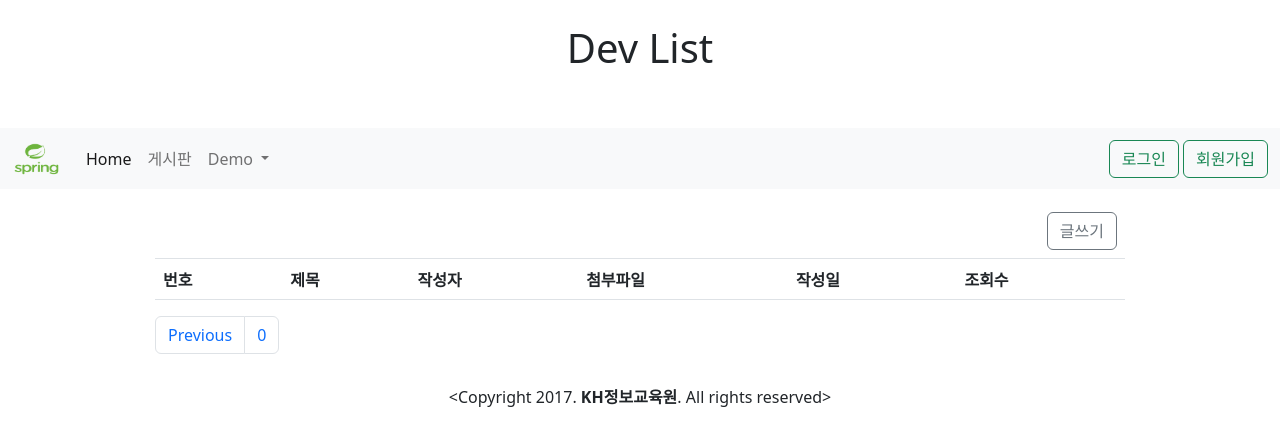
Repository: yerimeee/06_springWork
Page: http://localhost/springProject/WEB-INF/views/board/boardList.jsp
The author's editor kept a copy of each file at every save. The page is drawn from the files as they stood at one save, then again after the next save.
The browser window is 1280 px wide. The pictures show the whole page.
The page is served by Tomcat 9. Nobody is signed in. Other server files are loaded and not shown. The template is opened directly, without the code that normally fills it, so the values that code supplies are empty.

Above is the page before, as saved 2023-06-19 05:46:41.

### springProject/src/main/webapp/WEB-INF/views/board/boardList.jsp
<%@ page language="java" contentType="text/html; charset=UTF-8"
    pageEncoding="UTF-8"%>
<%@ taglib prefix="c" uri="http://java.sun.com/jsp/jstl/core" %>
<%@ taglib prefix="fmt" uri="http://java.sun.com/jsp/jstl/fmt" %>
<%@ taglib prefix="fn" uri="http://java.sun.com/jsp/jstl/functions" %>
<style>
	#container {
	width:1000px;
	margin:auto;
	padding:15px;
	}
</style>
<jsp:include page="/WEB-INF/views/common/header.jsp">
	<jsp:param value="Dev List" name="title"/>
</jsp:include>
<div id="container">
<table class="table">
	<tr>
		<td colspan="6" align="right">
			<button type="button" class="btn btn-outline-secondary" id="enrollBtn">글쓰기</button>
		</td>
	</tr>
	<tr>
		<th scope="col">번호</th>
		<th scope="col">제목</th>
		<th scope="col">작성자</th>
		<th scope="col">첨부파일</th>
		<th scope="col">작성일</th>
		<th scope="col">조회수</th>
	</tr>
	<c:forEach items="${boardList }" var="board">
		<tr>
			<td>${board.boardNo }</td>
			<td>${board.boardTitle }</td>
			<td>${board.boardWriter }</td>

			<td> <!-- 파일이 존재해야 보여주는 조건(아니면 없더라도 공란 이미지가 보여짐) -->
				<c:if test="${not empty board.originalFilename }">
				<img src="${pageContext.request.contextPath}/resources/img/file_img.png" alt="파일" width="20px">
				</c:if>
			</td>

			<td>${board.createDate }</td>
			<td>${board.count }</td>
		</tr>
	</c:forEach>
</table>

<nav aria-label="...">
  <ul class="pagination">
  	<c:if test="${pi.nowPage ne 1 }">
	    <li class="page-item">
	      <a class="page-link" href="${pageContext.request.contextPath }/board/boardList.bo?nowPage=${pi.nowPage-1}" >Previous</a>
	    </li>
    </c:if>
    <c:forEach var="p" begin="${pi.startPage }" end="${pi.endPage }">
       <c:choose>
       	<c:when test="${p eq pi.nowPage }">
		    <li class="page-item active"><a class="page-link"
		    	href="${pageContext.request.contextPath }/board/boardList.bo?nowPage=${p}">${p }</a></li>
       	</c:when>
       	<c:otherwise>
		    <li class="page-item"><a class="page-link"
		    	href="${pageContext.request.contextPath }/board/boardList.bo?nowPage=${p}">${p }</a></li>
       	</c:otherwise>
       </c:choose>
    </c:forEach>
    <c:if test="${pi.nowPage ne pi.totalPage}">
    	<li class="page-item">
      		<a class="page-link" href="${pageContext.request.contextPath }/board/boardList.bo?nowPage=${pi.nowPage+1}">Next</a>
    	</li>
    </c:if>
  </ul>
</nav>
</div>
<script>
	document.querySelector("#enrollBtn").addEventListener('click',(e) => {
		location.href='${pageContext.request.contextPath}/board/boardForm.bo';
	});
</script>
<jsp:include page="/WEB-INF/views/common/footer.jsp" />

### springProject/src/main/webapp/WEB-INF/views/common/header.jsp
<%@ page language="java" contentType="text/html; charset=UTF-8"
    pageEncoding="UTF-8"%>
<%@ taglib prefix="c" uri="http://java.sun.com/jsp/jstl/core" %>
<%@ taglib prefix="fmt" uri="http://java.sun.com/jsp/jstl/fmt" %>
<%@ taglib prefix="fn" uri="http://java.sun.com/jsp/jstl/functions" %>
<!DOCTYPE html>
<html>
<head>
<meta charset="UTF-8">

<title>${param.title }</title> <!-- input form은 request. 으로 받고 param으로 들어온 건 param으로 받음 -->

<script src="https://ajax.googleapis.com/ajax/libs/jquery/3.6.3/jquery.min.js"></script>
<link href="https://cdn.jsdelivr.net/npm/bootstrap@5.2.3/dist/css/bootstrap.min.css" rel="stylesheet" integrity="sha384-rbsA2VBKQhggwzxH7pPCaAqO46MgnOM80zW1RWuH61DGLwZJEdK2Kadq2F9CUG65" crossorigin="anonymous">
<link rel="stylesheet" href="${pageContext.request.contextPath}/resources/css/style.css">

<!-- DB에 저장이 잘 되었다면 alert창 띄우기 -->
<c:if test="${not empty msg }">
	<script type="text/javascript">
		alert('${msg}');
	</script>
</c:if>

</head>
<body>
	<script src="https://cdn.jsdelivr.net/npm/bootstrap@5.2.3/dist/js/bootstrap.bundle.min.js" integrity="sha384-kenU1KFdBIe4zVF0s0G1M5b4hcpxyD9F7jL+jjXkk+Q2h455rYXK/7HAuoJl+0I4" crossorigin="anonymous"></script>

	<header>
		<br>
		<h1 align="center">${param.title }</h1>
		<br><br>
		<nav class="navbar navbar-expand-lg bg-light">
		  <div class="container-fluid">
		    <a class="navbar-brand" href="#">
		    	<img src="${pageContext.request.contextPath}/resources/img/spring.png" alt="spring" width="50" height="35">
		    </a>
		    <button class="navbar-toggler" type="button" data-bs-toggle="collapse" data-bs-target="#navbarSupportedContent" aria-controls="navbarSupportedContent" aria-expanded="false" aria-label="Toggle navigation">
		      <span class="navbar-toggler-icon"></span>
		    </button>
		    <div class="collapse navbar-collapse" id="navbarSupportedContent">
		      <ul class="navbar-nav me-auto mb-2 mb-lg-0">
		        <li class="nav-item">
		          <a class="nav-link active" aria-current="page" href="${pageContext.request.contextPath }">Home</a>
		        </li>
		        <li class="nav-item">
		          <a class="nav-link" href="${pageContext.request.contextPath }/board/boardList.bo">게시판</a>
		        </li>
		        <li class="nav-item dropdown">
		          <a class="nav-link dropdown-toggle" href="#" role="button" data-bs-toggle="dropdown" aria-expanded="false">
		            Demo
		          </a>
		          <ul class="dropdown-menu">
		            <li><a class="dropdown-item" href="${pageContext.request.contextPath}/demo/devForm.do">Demo등록</a></li>
		            <li><a class="dropdown-item" href="${pageContext.request.contextPath}/demo/devList.do">Demo목록</a></li>
		          </ul>
		        </li>
		      </ul>
		      <%-- <button class="btn btn-outline-success" type="button" onclick="location.href='${pageContext.request.contextPath}/member/memberLogin.me'">로그인</button>&nbsp;--%>
		      																						<!-- 경로 이렇게 설정하면 get방식이 됨 -->

		    <!-- 로그인이 되어있지 않으면 로그인창 -->
		      <c:if test="${empty loginMember }">
		      	<button class="btn btn-outline-success" type="button"
		      		data-bs-toggle="modal" data-bs-target="#loginModal">로그인</button>&nbsp;
		      	<!-- 토글은 한 번 눌렀으면 보여지고 다시 누르면 안 보이는 기능인데 모달 창에서 버튼을 누르면 다른 모달창으로 넘어갈 수 있게 구현한 것임 -->
		      	<button class="btn btn-outline-success" type="button"
		      		onclick="location.href='${pageContext.request.contextPath}/member/memberEnroll.me'">회원가입</button>
		      	<!-- onclikc locatio.href으로 했으니 get방식이 됨 -->
		      </c:if>

		      <!-- 로그인이 되었으면 -->
		      <c:if test="${not empty loginMember }">
		      	<a href="${pageContext.request.contextPath }/member/memberDetail.me">${loginMember.userName }님 로그인 되었습니다</a>&emsp;
		      	<button class="btn btn-outline-success" type="button"
		      		onclick="location.href='${pageContext.request.contextPath}/member/memberLogout.me'">로그아웃</button>
		      </c:if>
		    </div>
		  </div>
		</nav>

		<!-- 로그인 모달창 -->
		<div class="modal" tabindex="-1" id="loginModal">
		  <div class="modal-dialog">
		    <div class="modal-content">
		      <div class="modal-header">
		        <h5 class="modal-title">로그인</h5>
		        <button type="button" class="btn-close" data-bs-dismiss="modal" aria-label="Close"></button>
		      </div>

		      <form action="${pageContext.request.contextPath }/member/memberLogin.me" method="post">
			      <div class="modal-body">
					<div class="mb-3 row">
						<label for="name" class="col-sm-2 col-form-label">ID</label>
						<div class="col-sm-10">
							<input type="text" class="form-control" name="userId" required>
						</div>
					</div>
						<div class="mb-3 row">
							<label for="career" class="col-sm-2 col-form-label">PW</label>
							<div class="col-sm-10">
								<input type="password" class="form-control" name="userPwd" required>
							</div>
						</div>
			      </div>

		      <div class="modal-footer">
		        <button type="button" class="btn btn-secondary" data-bs-dismiss="modal">닫기</button>
		        <button type="submit" class="btn btn-primary" data-bs-dismiss="modal">로그인</button>
		      </div>
		      </form>
		    </div>
		  </div>
		</div>
	</header>
	<section>

</body>
</html>

### springProject/src/main/webapp/WEB-INF/views/common/footer.jsp
<%@ page language="java" contentType="text/html; charset=UTF-8"
    pageEncoding="UTF-8"%>

	</section>
	<footer>
		<p>&lt;Copyright 2017. <strong>KH정보교육원</strong>. All rights reserved&gt;</p>
	</footer>

	</body>
</html>

### springProject/src/main/webapp/resources/css/style.css
@charset "UTF-8";

h1 {text-align:center;}
section {text-align:center;}
footer {text-align:center;}

After the next save:
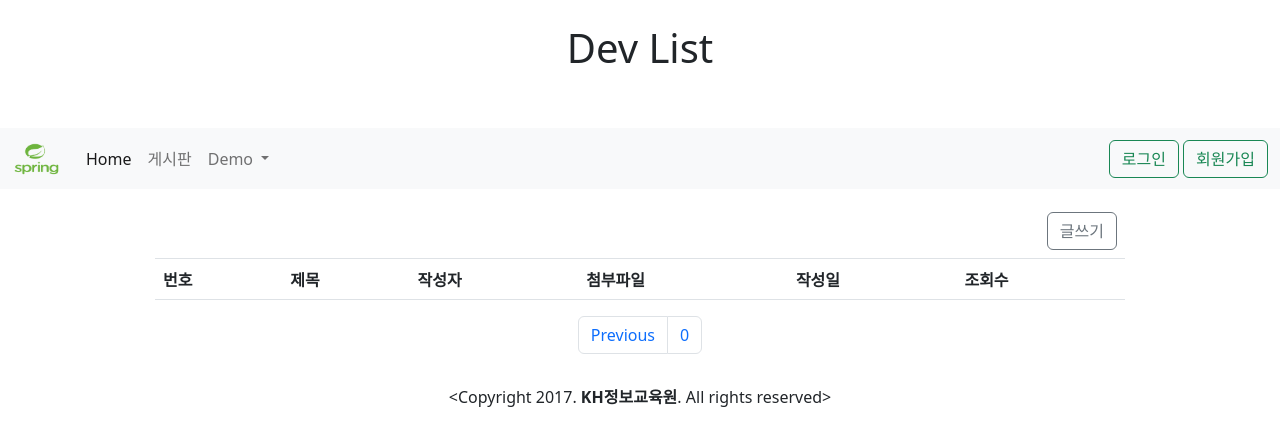
Saved 5 min 1 s later.
--- a/springProject/src/main/webapp/WEB-INF/views/board/boardList.jsp
+++ b/springProject/src/main/webapp/WEB-INF/views/board/boardList.jsp
@@ -8,6 +8,10 @@
 	width:1000px;
 	margin:auto;
 	padding:15px;
+	}
+	nav {
+		display: flex;
+		justify-content: center;
 	}
 </style>
 <jsp:include page="/WEB-INF/views/common/header.jsp">
